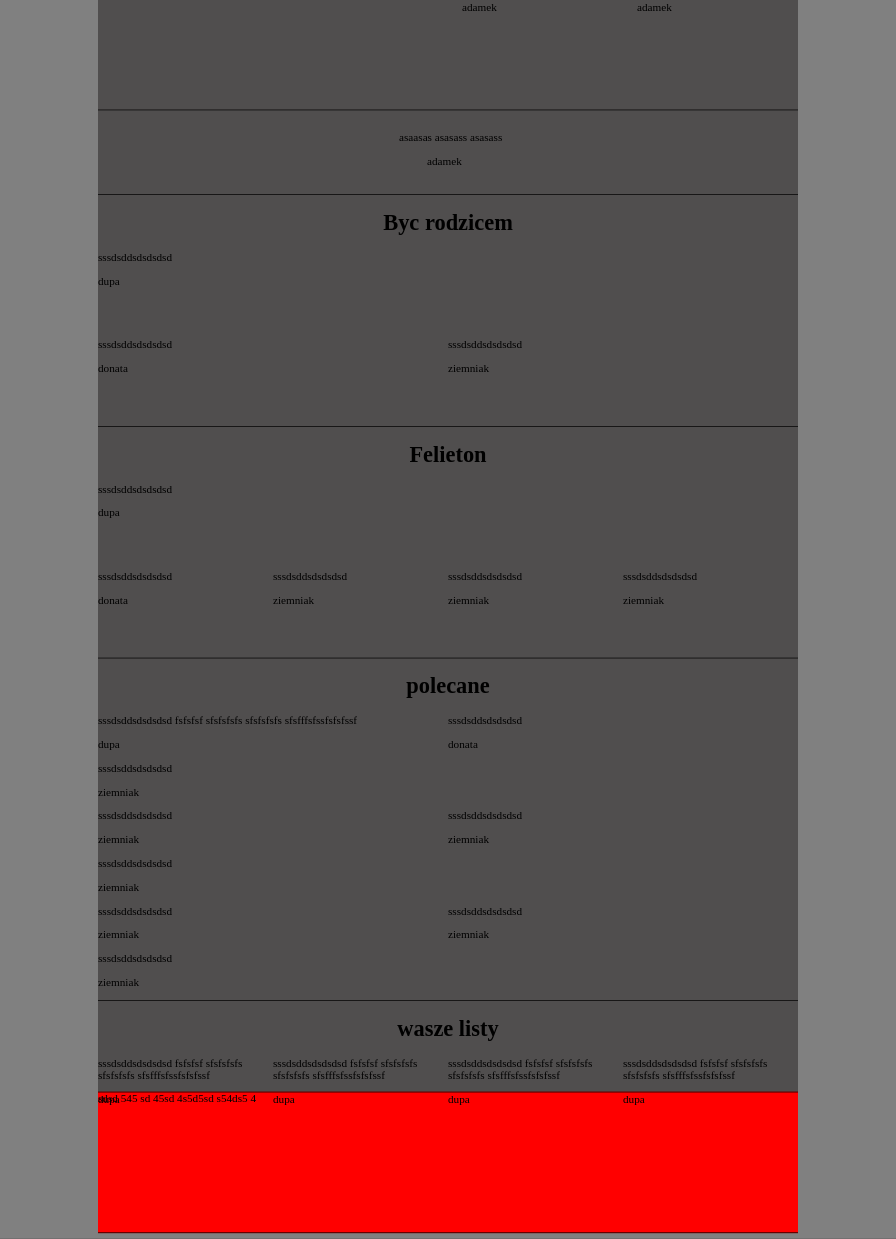
Repository: kq333/pitupitu.pl
Page: index.html
An editor plug-in stored every save of this project. The page is shown before and after the next save, followed by the edit.
The browser window is 1280 px wide. The pictures show the part of the page from y = 861 to 2781 px (the page is 2631 px tall before and 2781 px after), at 70% of full size.
The style sheet was rebuilt from its Sass, Less or Tailwind sources for each picture, by a compiler version that may differ from the author's.

Above is the page before, as saved 2020-11-04 13:19:14.

After the next save:
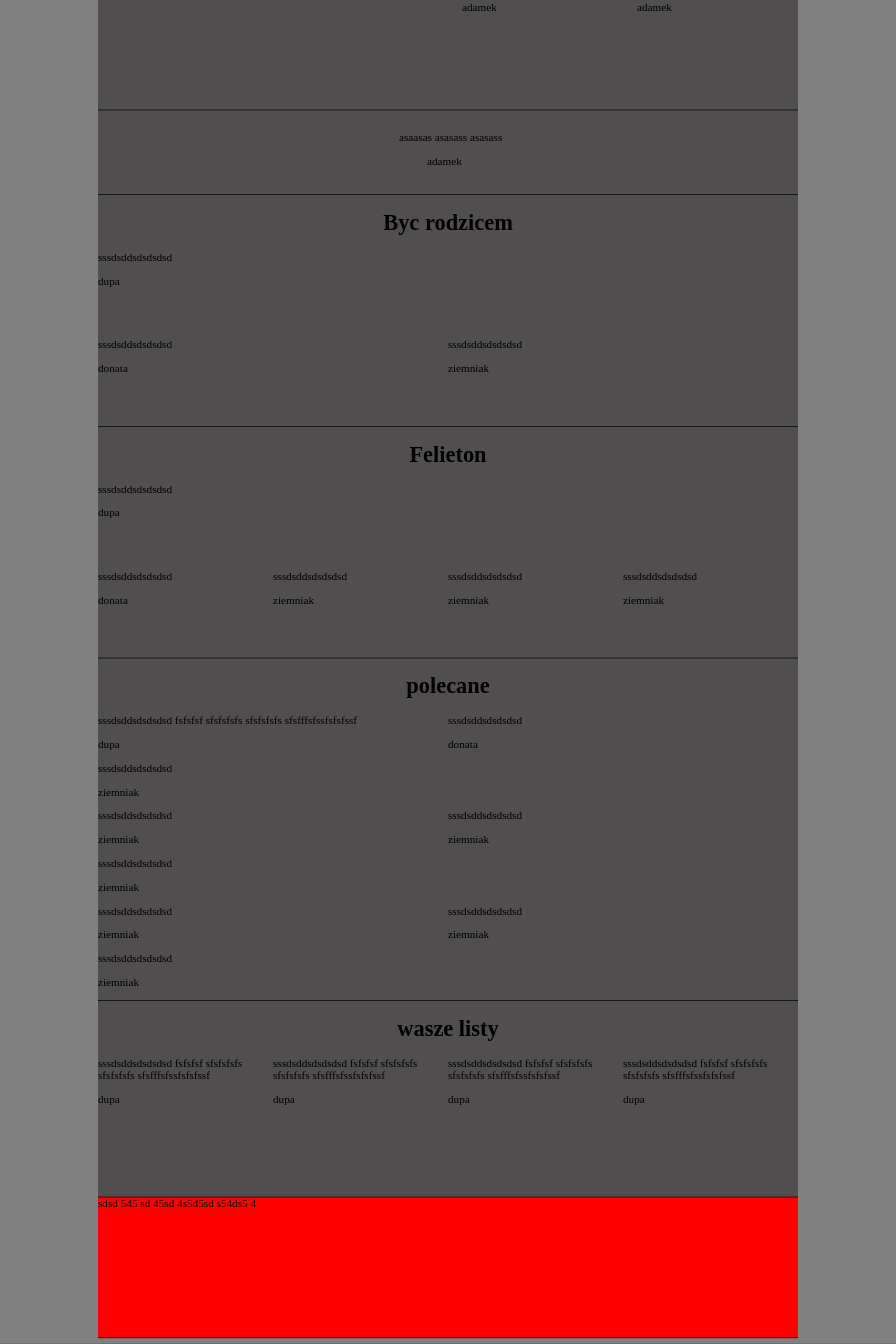
Saved 17 s later.
--- a/style/style.scss
+++ b/style/style.scss
@@ -213,7 +213,7 @@ grid-area: art26;
 
 .letters{
     width:1000px;
-    height: 50px;
+    height: 200px;
 
     display:grid;
     grid-template-columns: repeat(4, 1fr);
